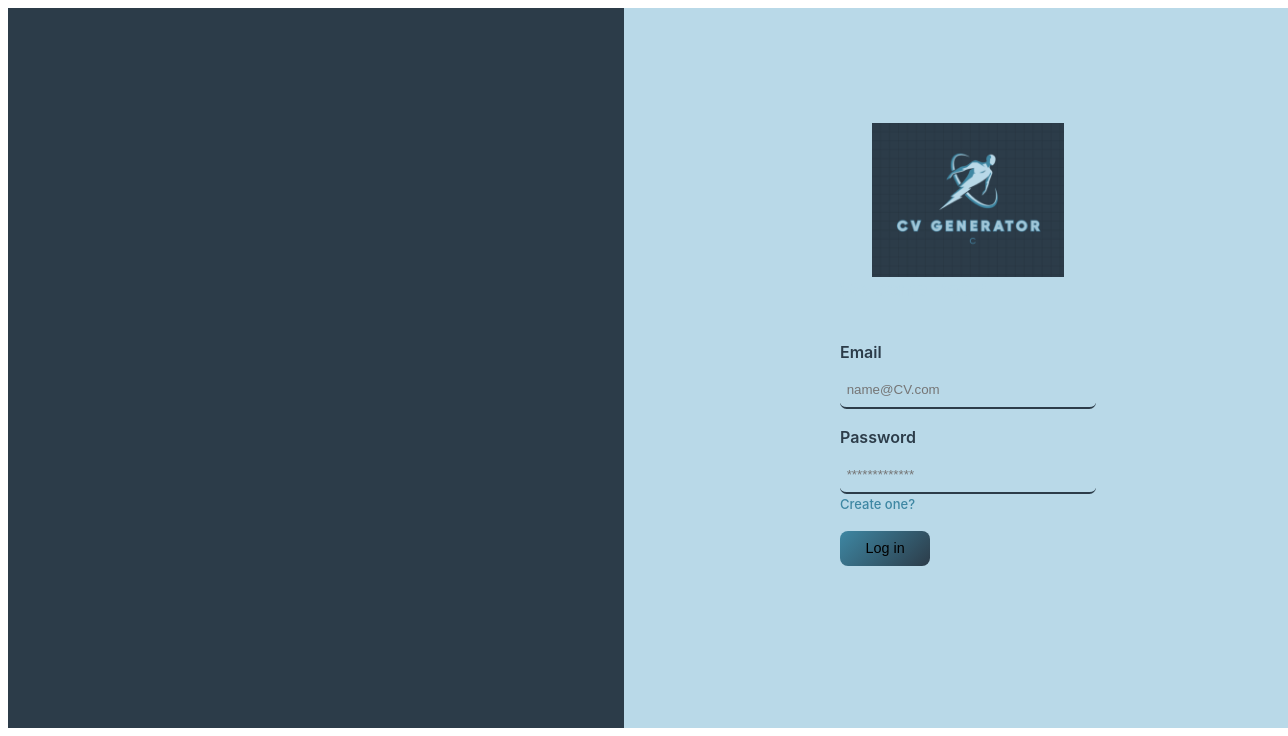
Repository: abdelrahman-2513/cv-generator
Page: /
An editor plug-in stored every save of this project. The page is shown before and after the next save, followed by the edit.
The browser window is 1280 px wide. The page is 1288 px wide, then 1280 px, so the pictures cover 1288 px, including what lies to the right of the window. The pictures show the whole page.
The project was rebuilt for these pictures with package versions that can differ from the ones it lists, and the page was loaded fresh each time. Also part of the build but not shown: vite.config.js, src/App.css, src/Pages/Register/Register.jsx, src/Pages/Home/Home.jsx, src/Components/Header/Header.jsx.

Above is the page before, as saved 2024-11-01 16:01:22.

### src/index.css
:root {
  font-family: Inter, system-ui, Avenir, Helvetica, Arial, sans-serif;
  line-height: 1.5;
  font-weight: 400;
  --primary-color: #2c3c49;
  --color-bg: #b9d9e8;
  --color-soft: #3e87a3;
  color-scheme: light dark;
  color: rgba(255, 255, 255, 0.87);
  font-synthesis: none;
  text-rendering: optimizeLegibility;
  -webkit-font-smoothing: antialiased;
  -moz-osx-font-smoothing: grayscale;
}

a {
  font-weight: 500;
  color: #646cff;
  text-decoration: inherit;
}
a:hover {
  color: #535bf2;
}

h1 {
  font-size: 3.2em;
  line-height: 1.1;
}

button:hover {
  border-color: #646cff;
}
button:focus,
button:focus-visible {
  outline: 4px auto -webkit-focus-ring-color;
}
.dark-mode .header-container .icon {
  color: var(--color-soft);
}
.link {
  margin-top: -15px;
  font-size: small;
}
.link a {
  color: var(--color-soft);
}
a {
  text-decoration: none;
}
img {
  width: 100%;
  display: block;
  object-fit: cover;
}

body {
  background: var(--color-bg);
  color: var(--text-color);
  font-size: medium;
  height: 100vh;
  width: 100vw;
  overflow-y: hidden;
}
small,
p {
  color: var(--text-color);
}
.btn {
  padding: 0.6rem 1.6rem;
  display: inline-block;
  width: fit-content;
  cursor: pointer;
  border-radius: 0.5rem;
  font-size: 0.9rem;
  font-weight: 500;
  transition: 0.3 ease-in-out;
  border: 1px solid var(--color-border);
}
@media (prefers-color-scheme: light) {
  :root {
    color: #213547;
    background-color: #ffffff;
  }
  a:hover {
    color: #747bff;
  }
  button {
    background-color: #f9f9f9;
  }
}

### src/App.jsx
import { useEffect, useState } from "react";
import "./App.css";
import Layout from "./assets/Layout/Layout";
import { Toaster } from "react-hot-toast";
import useAuthStore from "./assets/Zustand/Auth/UserAuth";

function App() {
  const initializeAuthState = useAuthStore(
    (state) => state.initializeAuthState
  );

  useEffect(() => {
    initializeAuthState();
  }, []);
  return (
    <>
      <Layout />
      <Toaster />
    </>
  );
}

export default App;

### src/assets/Layout/Layout.jsx
import {
  createBrowserRouter,
  Navigate,
  Outlet,
  RouterProvider,
  useParams,
} from "react-router-dom";
import React, { lazy, Suspense, useEffect } from "react";
import Login from "../../Pages/Login/Login";
import Register from "../../Pages/Register/Register";
import Home from "../../Pages/Home/Home";
import useAuthStore from "../Zustand/Auth/UserAuth";
import Header from "../../Components/Header/Header";
/** ----------------------------------------------- Componenets ------------------------------------------------ */

function Main() {
  return (
    <>
      <Header />
      <main onContextMenu={(e) => e.preventDefault()}>
        <Outlet />
      </main>
    </>
  );
}
const ProtectedRoute = ({ children }) => {
  const user = useAuthStore((state) => state.user);

  if (!user) {
    return <Navigate replace to="/login" />;
  }

  return children;
};
function Layout() {
  const routes = [
    {
      path: "/",
      element: <ProtectedRoute children={<Main />} />,
      children: [
        {
          path: "/",
          element: <Home />,
        },
      ],
    },
    {
      path: "/login",
      element: <Login />,
    },
    {
      path: "/register",
      element: <Register />,
    },
  ];
  const handleRouterError = (error) => {
    console.error("Router encountered an error:", error);
    if (
      error.message.includes("Failed to fetch dynamically imported module") ||
      error.message.includes("Importing a module script failed")
    ) {
      window.location.reload();
    }
    // Optional: Implement additional error handling logic here
    // For example, redirect to a global error page:
    // window.location.href = "/error";
  };
  const router = createBrowserRouter(routes);

  return (
    <Suspense fallback={<div>Loading...</div>}>
      <RouterProvider router={router} />
    </Suspense>
  );
}

export default Layout;

### src/assets/Zustand/Auth/UserAuth.jsx
import { create } from "zustand";

const useAuthStore = create((set) => ({
  user: JSON.parse(localStorage.getItem("user")) || null,
  userFullData: JSON.parse(localStorage.getItem("userData")) || null,
  login: (userData) => {
    set({ user: userData });
    console.log(userData);
    localStorage.setItem("user", JSON.stringify(userData));
  },
  setUserData: (userData) => {
    set({ userFullData: userData });
    localStorage.setItem("userData", JSON.stringify(userData));
  },
  logout: () => {
    set({ user: null });
    localStorage.removeItem("user");
  },
  initializeAuthState: () => {
    const savedUser = localStorage.getItem("user");
    set({ user: savedUser ? JSON.parse(savedUser) : null });
  },
}));
export default useAuthStore;

### src/Pages/Login/Login.jsx
import "./Login.css";
import { useState } from "react";
import { useNavigate } from "react-router-dom";
import toast from "react-hot-toast";
import useAuthStore from "../../assets/Zustand/Auth/UserAuth";

function Login() {
  const [email, setEmail] = useState("");
  const [password, setPassword] = useState("");
  const navigate = useNavigate();
  const login = useAuthStore((state) => state.login);

  function HandleLoginForm(e) {
    e.preventDefault();
    //console.log(email, password);
    if (email.length > 0 && password.length > 0) {
      toast.loading("Logging in...", { id: 1 });
      login({ email, password });
      setTimeout(() => {
        navigate("/");
      });
    } else {
      toast.error("Please Enter Valid Email or Password!");
    }
  }
  return (
    <div className="login-page" onContextMenu={(e) => e.preventDefault()}>
      <div className="image-container"></div>
      <div className="login-form">
        <div className="form-title">
          <div className="logo">
            <img src="/logo.png" alt="CV-Logo" />
          </div>
        </div>
        <form>
          <h3>Welcome Back!</h3>

          <div>
            <label htmlFor="email">Email</label>
            <input
              type="text"
              placeholder="name@CV.com"
              onChange={(e) => setEmail(e.target.value)}
            />
          </div>
          <div>
            <label htmlFor="password">Password</label>
            <input
              type="password"
              placeholder="*************"
              onChange={(e) => setPassword(e.target.value)}
            />
          </div>
          <div className="link">
            <a href="/register">Create one?</a>
          </div>

          <button
            onClick={(e) => HandleLoginForm(e)}
            className="btn btn-primary login-btn"
          >
            Log in
          </button>
        </form>
      </div>
    </div>
  );
}

export default Login;

### src/Pages/Login/Login.css
.login-page {
  display: flex;
  flex-direction: row;
  height: 100vh;
  width: 100vw;
  background: var(--color-bg);
  gap: 1.5em;
  align-items: center;
}

.image-container {
  display: flex;
  width: 50vw;
  height: 100vh;
  background-color: var(--primary-color);
}

.login-form {
  flex: 1;
  display: flex;
  flex-direction: column;
  align-items: center;
  gap: 1.5em;
  color: whitesmoke;
  min-width: 50%;
}

.login-form form {
  width: 40%;
  display: flex;
  flex-direction: column;
  gap: 1em;
}

.login-form div {
  display: flex;
  flex-direction: column;
  gap: 0.5em;
}

input {
  color: var(--primary-color);
  background-color: transparent;
  padding: 0.75em 0.5em;
  border-radius: 0.5em;
  border: 0px;
  border-bottom: 2px solid var(--primary-color);
  outline: none;
}

.form-title {
  display: flex;
  flex-direction: column;
  align-items: center;
  padding: 5px;
  gap: 2em;
  font-weight: 800;
}
.login-form h3 {
  font-size: 20px !important;
  font-weight: 800 !important;
  font-family: Arial, Helvetica, sans-serif;
}

.form-title img {
  width: 100%;
}

.form-title .logo {
  width: 12em;
}

.login-btn {
  background: linear-gradient(
    135deg,
    var(--color-soft) 0%,
    var(--primary-color) 100%
  );
  outline: none;
  transition: ease-in-out;
  border: 0px;
}

.login-btn:hover {
  opacity: 1;
  border: 0;
  background: linear-gradient(
    135deg,
    var(--primary-color) 0%,
    var(--color-soft) 100%
  ) !important;
}
.login-form div label {
  font-weight: 600;
  color: var(--primary-color);
}
.login-form h3 {
  color: var(--color-bg);
}
@media (max-width: 900px) {
  .login-page {
    flex-direction: column;
  }
  .image-container {
    display: flex;
    width: 100%;
    height: 45vh;
  }
  .image-container img {
    object-fit: cover;
  }
  .login-form form {
    width: 60%;
  }
  .login-form {
    min-width: 100%;
  }
}

### src/Pages/Register/Register.css
.Register-page {
  display: flex;
  flex-direction: row;
  height: 100vh;
  width: 100vw;
  background: var(--color-bg);
  gap: 1.5em;
  align-items: center;
}

.image-container {
  display: flex;
  width: 50vw;
  height: 100vh;
  background-color: var(--primary-color);
}

.Register-form {
  flex: 1;
  display: flex;
  flex-direction: column;
  align-items: center;
  gap: 1.5em;
  color: whitesmoke;
  min-width: 50%;
}

.Register-form form {
  width: 40%;
  display: flex;
  flex-direction: column;
  gap: 1em;
}

.Register-form div {
  display: flex;
  flex-direction: column;
  gap: 0.5em;
}

input {
  color: var(--primary-color);
  background-color: transparent;
  padding: 0.75em 0.5em;
  border-radius: 0.5em;
  border: 0px;
  border-bottom: 2px solid var(--primary-color);
  outline: none;
}

.form-title {
  display: flex;
  flex-direction: column;
  align-items: center;
  padding: 5px;
  gap: 2em;
  font-weight: 800;
}
.Register-form h3 {
  font-size: 20px !important;
  font-weight: 800 !important;
  font-family: Arial, Helvetica, sans-serif;
}

.form-title img {
  width: 100%;
}

.form-title .logo {
  width: 12em;
}

.Register-btn {
  background: linear-gradient(
    135deg,
    var(--color-soft) 0%,
    var(--primary-color) 100%
  );
  outline: none;
  transition: ease-in-out;
  border: 0px;
}

.Register-btn:hover {
  opacity: 1;
  border: 0;
  background: linear-gradient(
    135deg,
    var(--primary-color) 0%,
    var(--color-soft) 100%
  ) !important;
}
.Register-form div label {
  font-weight: 600;
  color: var(--primary-color);
}
.Register-form h3 {
  color: var(--color-bg);
}
@media (max-width: 900px) {
  .Register-page {
    flex-direction: column;
  }
  .image-container {
    display: flex;
    width: 100%;
    height: 45vh;
  }
  .image-container img {
    object-fit: cover;
  }
  .Register-form form {
    width: 60%;
  }
  .Register-form {
    min-width: 100%;
  }
}

### src/Components/Header/Header.css
.header-container {
  width: 100%;
  position: relative;
  display: flex;
  flex-direction: row;
  padding: 8px;
  justify-content: space-between;
  align-items: center;
}

/* ---------------------------------------------------- Logo Styles --------------------------------------------- */
.logo {
  grid-area: logo;
  display: flex;
  width: 200px;
  align-items: center;
  box-sizing: border-box;
  height: 50px;
  object-fit: contain;
  justify-content: center;
}
.logo a {
  height: 100%;
}
i {
  font-size: medium !important;
}
.logo img {
  max-width: -webkit-fill-available;
  max-height: -webkit-fill-available;
  height: 100%;
  width: auto;
  height: auto;
}

Loaded but not shown: index.html (common file); src/main.jsx (common file); src/Pages/Home/Home.css (no stored copy; drawn as an empty file)

After the next save:
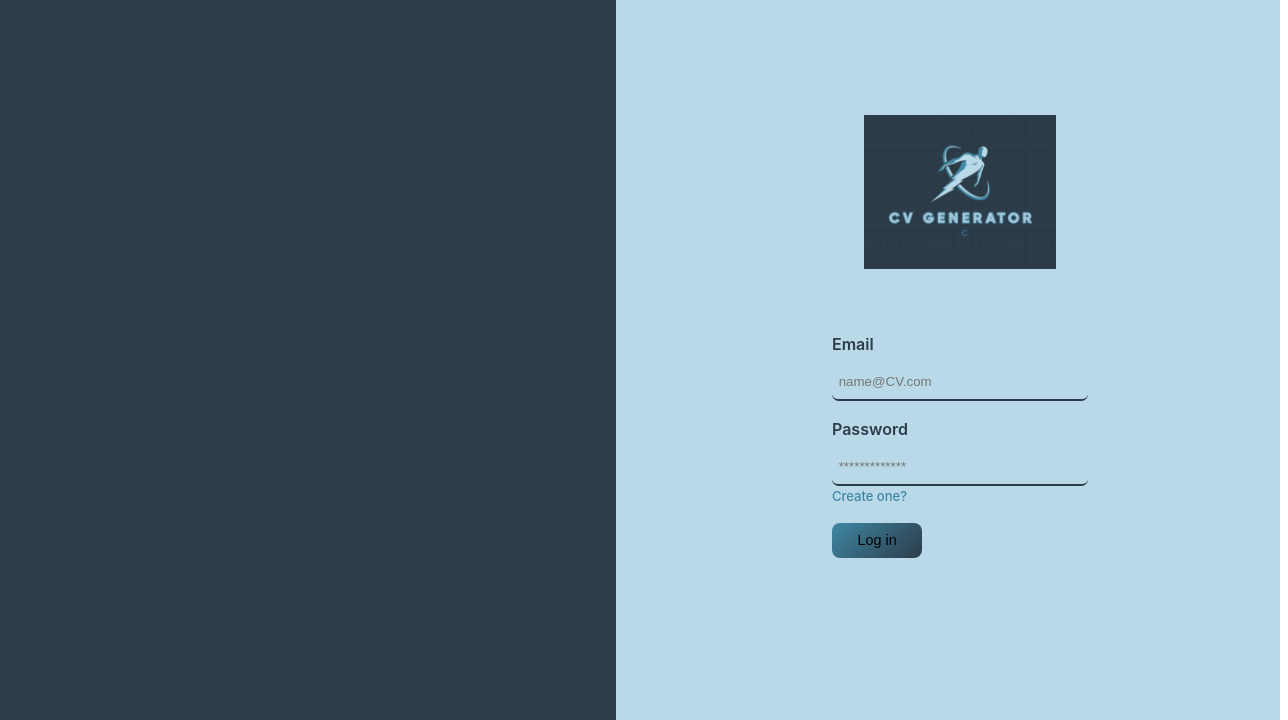
Saved 59 s later.
--- a/src/index.css
+++ b/src/index.css
@@ -60,6 +60,7 @@
   height: 100vh;
   width: 100vw;
   overflow-y: hidden;
+  margin: 0 !important;
 }
 small,
 p {
